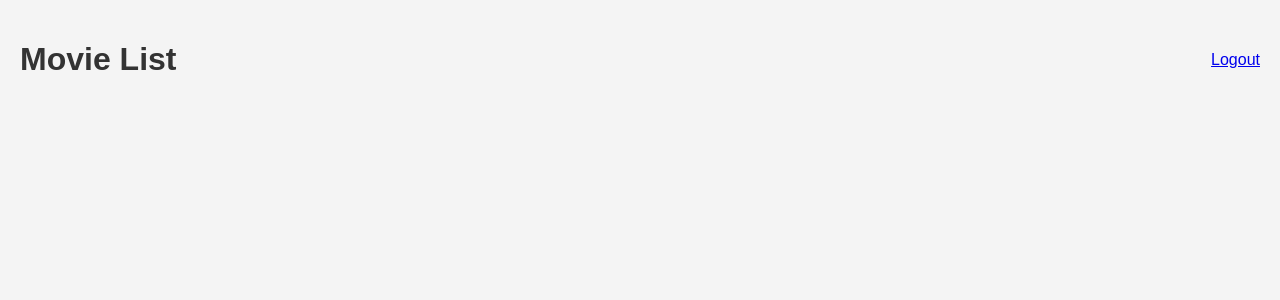
Repository: HitheshSoosaiManickam/Movie-Review-System
Page: Web_Tech/frontend/movies.html
An editor plug-in stored every save of this project. The page is shown before and after the next save, followed by the edit.
The browser window is 1280 px wide. The pictures show the whole page.

Above is the page before, as saved 2024-10-23 11:07:06.

After the next save:
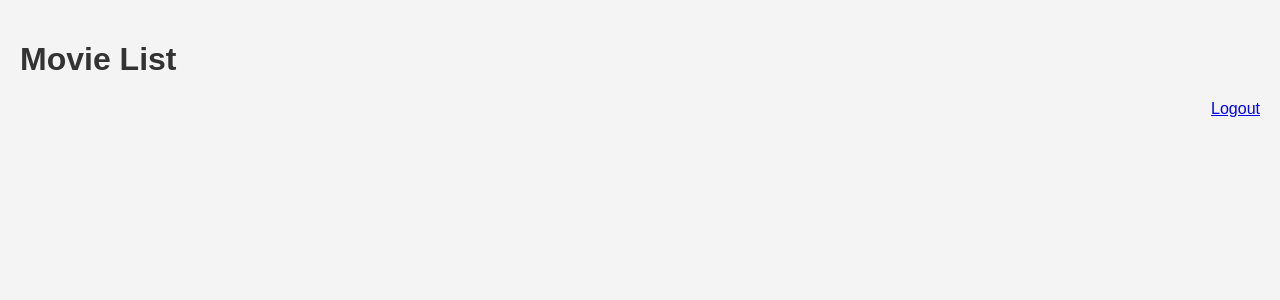
Saved 17 s later.
--- a/Web_Tech/frontend/movies.html
+++ b/Web_Tech/frontend/movies.html
@@ -3,15 +3,15 @@
 <head>
     <meta charset="UTF-8">
     <meta name="viewport" content="width=device-width, initial-scale=1.0">
-    <title>Movies</title>
-    <link rel="stylesheet" href="styles.css">
+    <title>Movie List</title>
+    <link rel="stylesheet" href="styles.css"> <!-- Include your CSS file if you have one -->
 </head>
 <body>
-    <div class="header">
+    <div class="container">
         <h1>Movie List</h1>
-        <a href="#" id="logout">Logout</a>
+        <div id="movieList"></div> <!-- This is where movies will be displayed -->
+        <a href="login.html" style="float: right;">Logout</a>
     </div>
-    <div id="movies"></div>
-    <script src="script.js"></script>
+    <script src="script.js"></script> <!-- Include the script.js file -->
 </body>
 </html>
